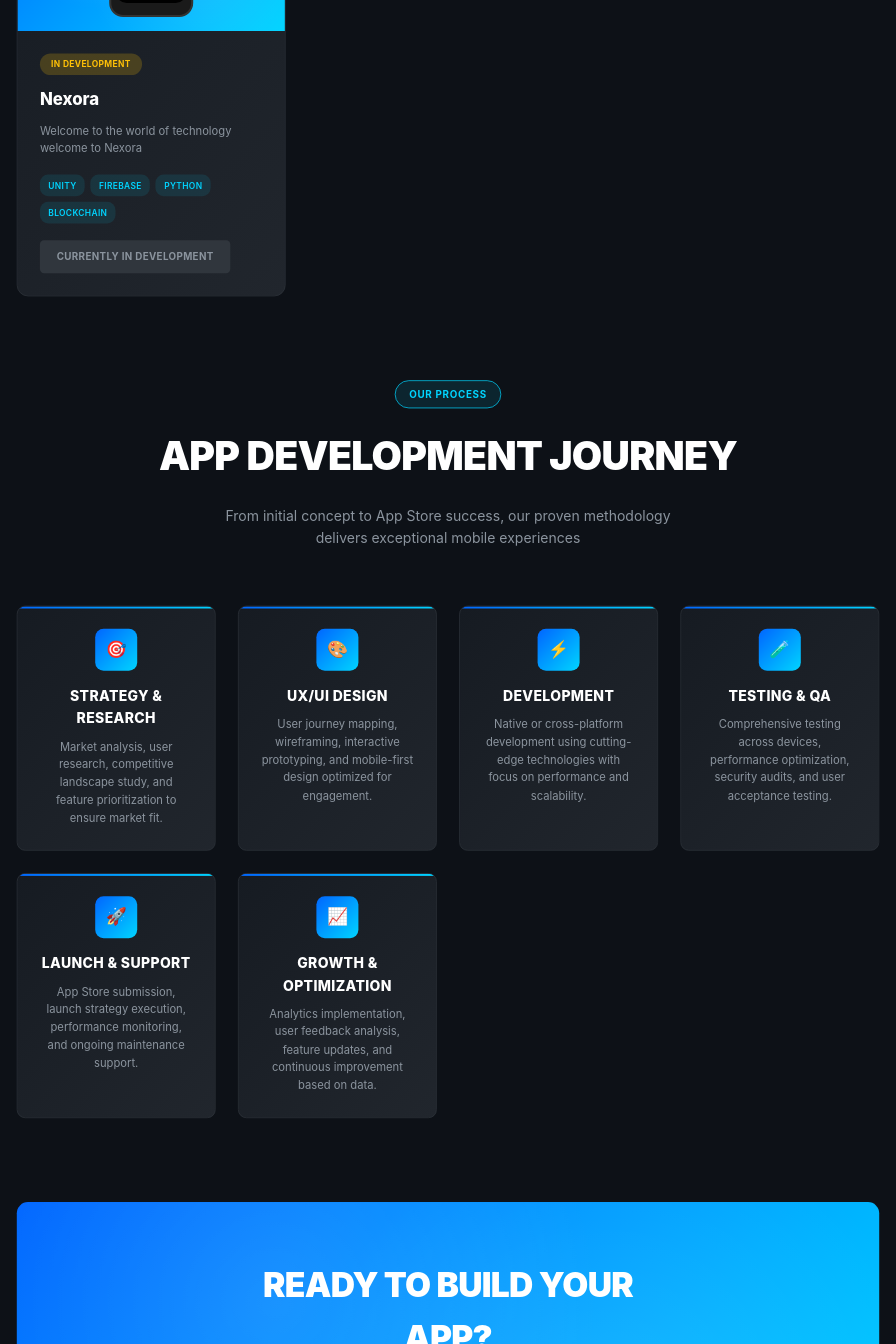
Repository: techandbeauty/NexusTech-Service-Portal
Page: apps.html
These files come from the project's save history. The page is drawn as it stood at one moment and after a run of saves; the edit follows.
The browser window is 1280 px wide. The pictures show the part of the page from y = 1915 to 3835 px (the page is 4233 px tall before and 4194 px after), at 70% of full size.

Above is the page before, as saved 2025-09-06 10:49:45.

After the next 2 saves:
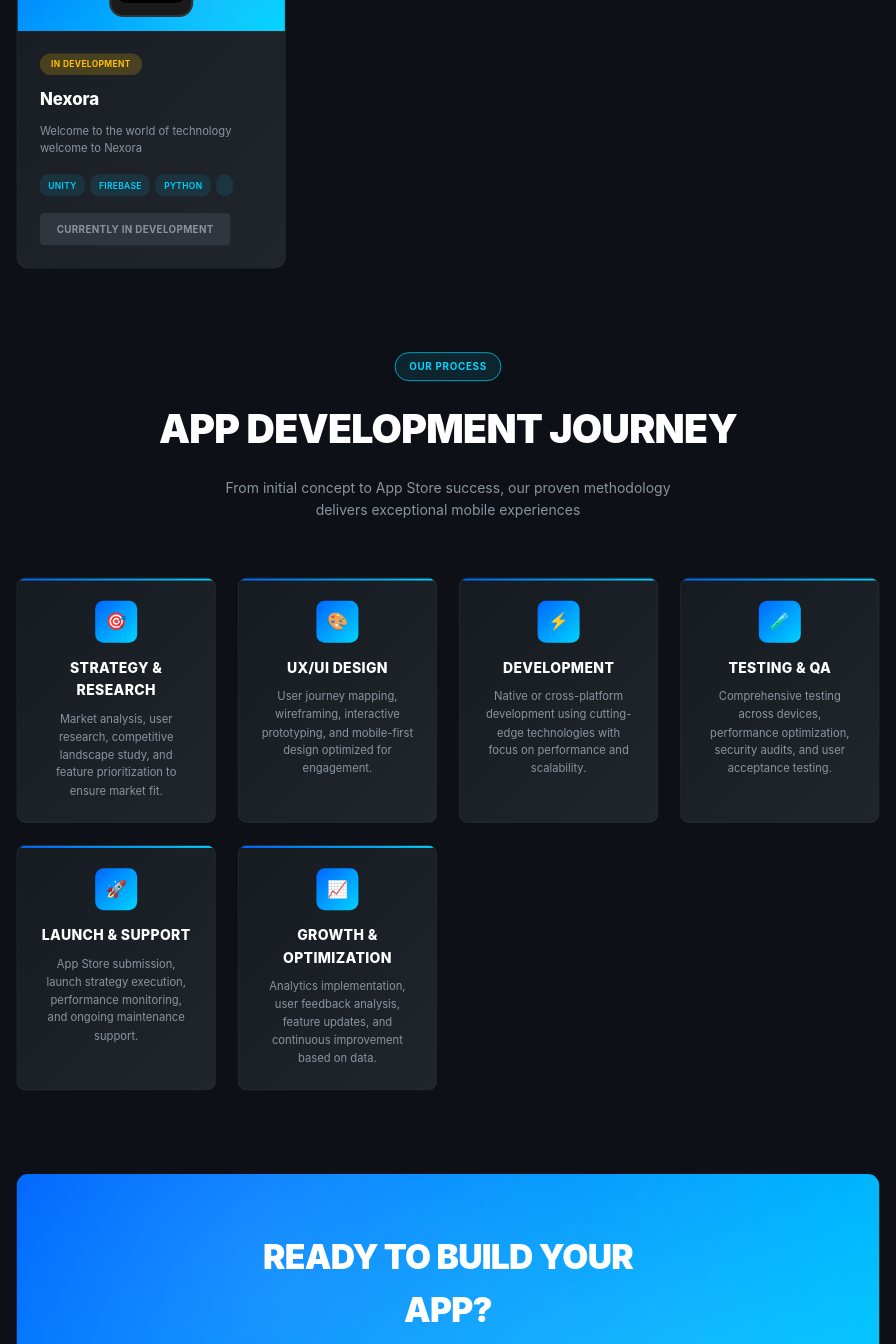
The 2 saves are shown as one change because they came seconds apart.
The last was saved 8 s later.
--- a/apps.html
+++ b/apps.html
@@ -644,7 +644,7 @@
                             <span class="tech-tag">unity</span>
                             <span class="tech-tag"> firebase</span>
                             <span class="tech-tag">python</span>
-                            <span class="tech-tag">Blockchain</span>
+                            <span class="tech-tag"> </span>
                         </div>
                         <a href="#" class="app-link disabled">Currently in Development</a>
                     </div>
